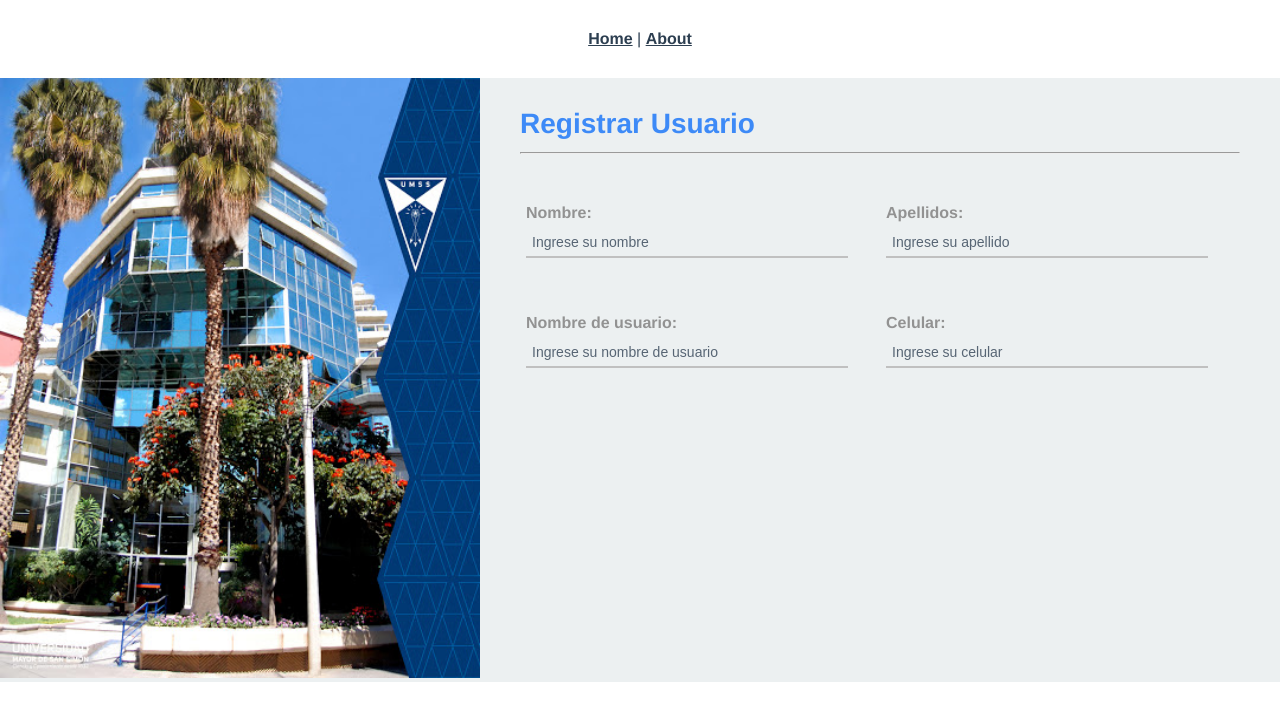
Repository: BritanyTorrico/front-cotizaciones
Page: /register
The author's editor kept a copy of each file at every save. The page is drawn from the files as they stood at one save, then again after the next save.
The browser window is 1280 px wide. The pictures show the whole page.
The project was rebuilt for these pictures with package versions that can differ from the ones it lists, and the page was loaded fresh each time. Also part of the build but not shown: vue.config.js, src/components/HelloWorld.vue, src/views/Home.vue.

Above is the page before, as saved 2021-04-21 19:19:38.

### src/App.vue
<template>
  <div id="app">
    <div id="nav">
      <router-link to="/">Home</router-link> |
      <router-link to="/about">About</router-link>
    </div>
    <router-view />
  </div>
</template>

<style>
* {
  padding: 0;
  margin: 0;
}
:root {
  --color-title: #3d8af7;
  --color-name: #929292;
  --color-line: #c0c0c0;
}
#app {
  font-family: Avenir, Helvetica, Arial, sans-serif;
  -webkit-font-smoothing: antialiased;
  -moz-osx-font-smoothing: grayscale;
  text-align: center;
  color: #2c3e50;
}

#nav {
  padding: 30px;
}

#nav a {
  font-weight: bold;
  color: #2c3e50;
}

#nav a.router-link-exact-active {
  color: #42b983;
}
</style>

### src/router/index.js
import Vue from "vue";
import VueRouter from "vue-router";
import Home from "../views/Home.vue";

Vue.use(VueRouter);

const routes = [{
        path: "/",
        name: "Home",
        component: Home,
    },
    {
        path: "/about",
        name: "About",
        // route level code-splitting
        // this generates a separate chunk (about.[hash].js) for this route
        // which is lazy-loaded when the route is visited.
        component: () =>
            import ( /* webpackChunkName: "about" */ "../views/About.vue"),
    },
    {
        path: "/register",
        name: "RegisterUserPage",
        component: () =>
            import ("../views/RegisterUserPage.vue"),
    },
];

const router = new VueRouter({
    mode: "history",
    base: process.env.BASE_URL,
    routes,
});

export default router;

### src/views/RegisterUserPage.vue
<template>
  <div>
    <register-user />
  </div>
</template>

<script>
import RegisterUser from "@/components/User/RegisterUser.vue";
export default {
  components: { RegisterUser },
  name: "RegisterUserPage",
};
</script>

<style lang="scss" scoped></style>

### src/components/User/RegisterUser.vue
<template>
  <div class="container">
    <form action="">
      <div class="flex-container">
        <div class="form__image">
          <img src="@/assets/edificioUMSS.jpg" alt="" />
        </div>

        <div class="form__datos">
          <div class="form_title">
            <h1>Registrar Usuario</h1>
            <hr class="form__linea" />
          </div>
          <div class="form__section">
            <div class="form__name">
              <label
                ><div class="formulario_label">Nombre:</div>
                <input
                  class="form__input"
                  type="text"
                  placeholder="Ingrese su nombre"
                  required
                />
              </label>
            </div>
            <div class="form__name">
              <label
                ><div class="formulario_label">Apellidos:</div>
                <input
                  class="form__input"
                  type="text"
                  placeholder="Ingrese su apellido"
                  required
                />
              </label>
            </div>
          </div>
          <div class="form__section">
            <div class="form__name">
              <label
                ><div class="formulario_label">Nombre de usuario:</div>
                <input
                  class="form__input"
                  type="text"
                  placeholder="Ingrese su nombre de usuario"
                  required
                />
              </label>
            </div>
            <div class="form__name">
              <label
                ><div class="formulario_label">Celular:</div>
                <input
                  class="form__input"
                  type="text"
                  placeholder="Ingrese su celular"
                />
              </label>
            </div>
          </div>
        </div>
      </div>
    </form>
  </div>
</template>

<script>
export default {
  name: "RegisterUser",
};
</script>

<style lang="css" scoped>
.flex-container {
  display: flex;
  background-color: #ecf0f1;
}
.form__image {
  width: 40%;
}
.form__image img {
  width: 100%;
  height: 600px;
}

.form__datos {
  width: 60%;
  margin-left: 40px;
  margin-right: 40px;
}
.form_title {
  color: var(--color-title);
  text-align: left;
  font-size: 14px;
}
.form_title h1 {
  padding-top: 30px;
  padding-bottom: 12px;
}
.form__linea {
  color: var(--color-title);
}
.form__input {
  width: 100%;
  padding: 6px;
  margin: 6px 6px;
  border: none;
  border-bottom: 2px solid var(--color-line);
  background-color: transparent;
  color: black;
  font-size: 14px;
}

.form__input:focus {
  background: linear-gradient(to bottom, transparent, #ced6e0);
  outline: none;
  border-bottom: 2px solid #747d8c;
}
::placeholder {
  color: #576574;
}
.form__section {
  margin-top: 50px;
  display: flex;
}
.formulario_label {
  padding-left: 6px;
  color: var(--color-name);
  text-align: left;
  font-weight: bold;
}
.form__name {
  width: 100%;
  padding-right: 50px;
}
</style>

Loaded but not shown: public/index.html (common file); src/main.js (common file); src/store/index.js (common file)

After the next save:
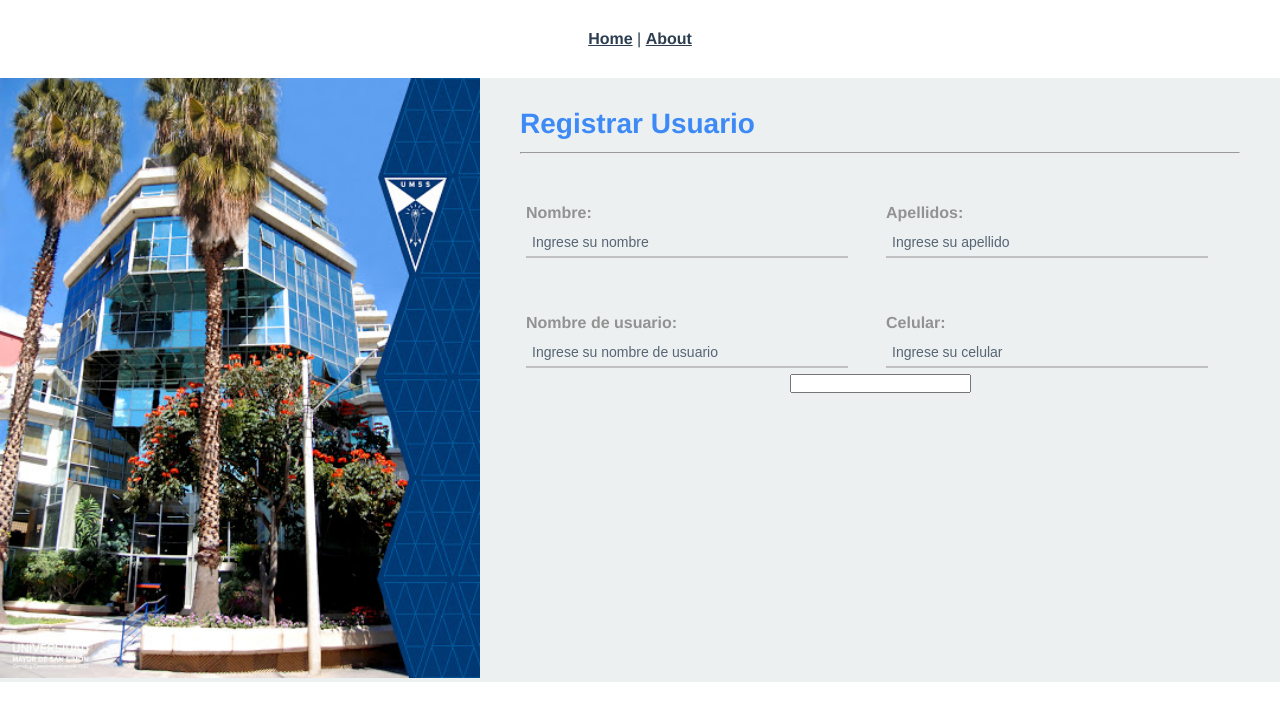
Saved 89 s later.
--- a/src/components/User/RegisterUser.vue
+++ b/src/components/User/RegisterUser.vue
@@ -58,6 +58,8 @@
               </label>
             </div>
           </div>
+          <label for=""></label>
+          <input type="password" />
         </div>
       </div>
     </form>
